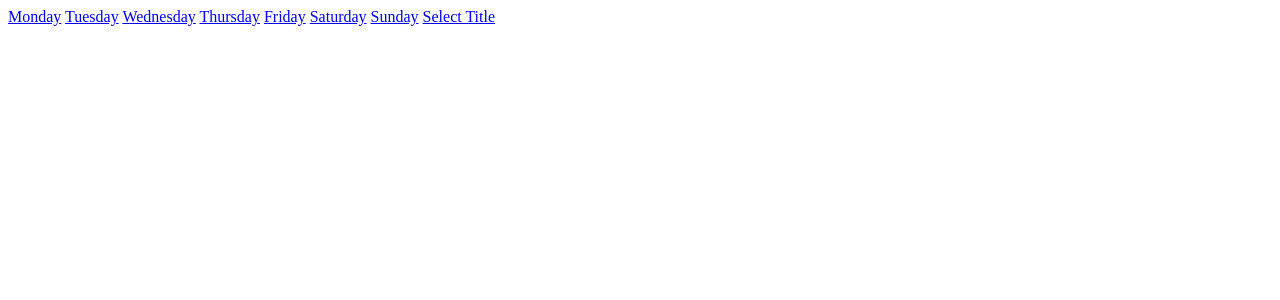
Repository: Art-of-Arts/dotFiles
Page: Documents/pages/index.html
These files come from the project's save history. The page is drawn as it stood at one moment and after the next save; the edit follows.
The browser window is 1280 px wide. The pictures show the whole page.

Above is the page before, as saved 2025-01-26 20:23:27.

### Documents/pages/index.html
<!DOCTYPE html>

<title>Select Title</title>

<!-- <div style="list-style: circle; list-style: none;"> -->
<a href="monday.html">Monday</a>
<a href="tuesday.html">Tuesday</a>
<a href="wednesday.html">Wednesday</a>
<a href="thrusday.html">Thursday</a>
<a href="friday.html">Friday</a>
<a href="saturday.html">Saturday</a>
<a href="sunday.html">Sunday</a>
<a href="html-selector-page.html">Select Title</a>
<!-- </div> -->

After the next save:
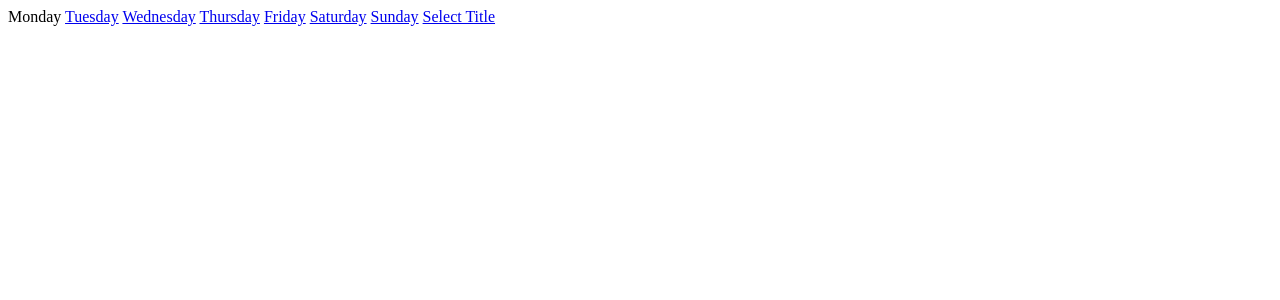
Saved 36 s later.
--- a/Documents/pages/index.html
+++ b/Documents/pages/index.html
@@ -3,7 +3,7 @@
 <title>Select Title</title>
 
 <!-- <div style="list-style: circle; list-style: none;"> -->
-<a href="monday.html">Monday</a>
+<span<a href="monday.html">Monday</a>
 <a href="tuesday.html">Tuesday</a>
 <a href="wednesday.html">Wednesday</a>
 <a href="thrusday.html">Thursday</a>
